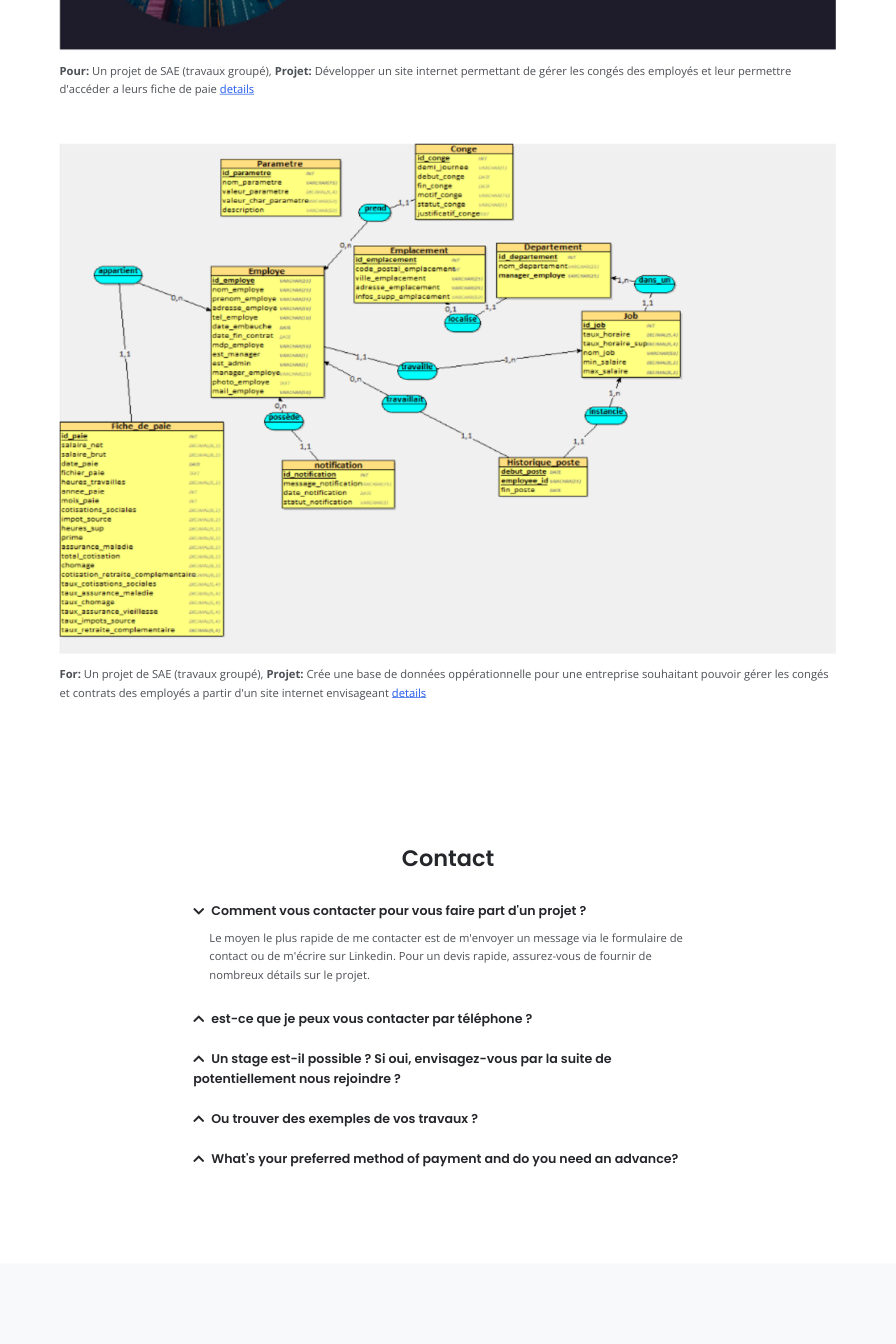
Repository: J2S80000/Portfolio
Page: index.html
These files come from the project's save history. The page is drawn as it stood at one moment and after a run of saves; the edit follows.
The browser window is 1280 px wide. The pictures show the part of the page from y = 4580 to 6500 px (the page is 7557 px tall), at 70% of full size.

Above is the page before, as saved 2025-05-05 17:49:19.

After the next 3 saves:
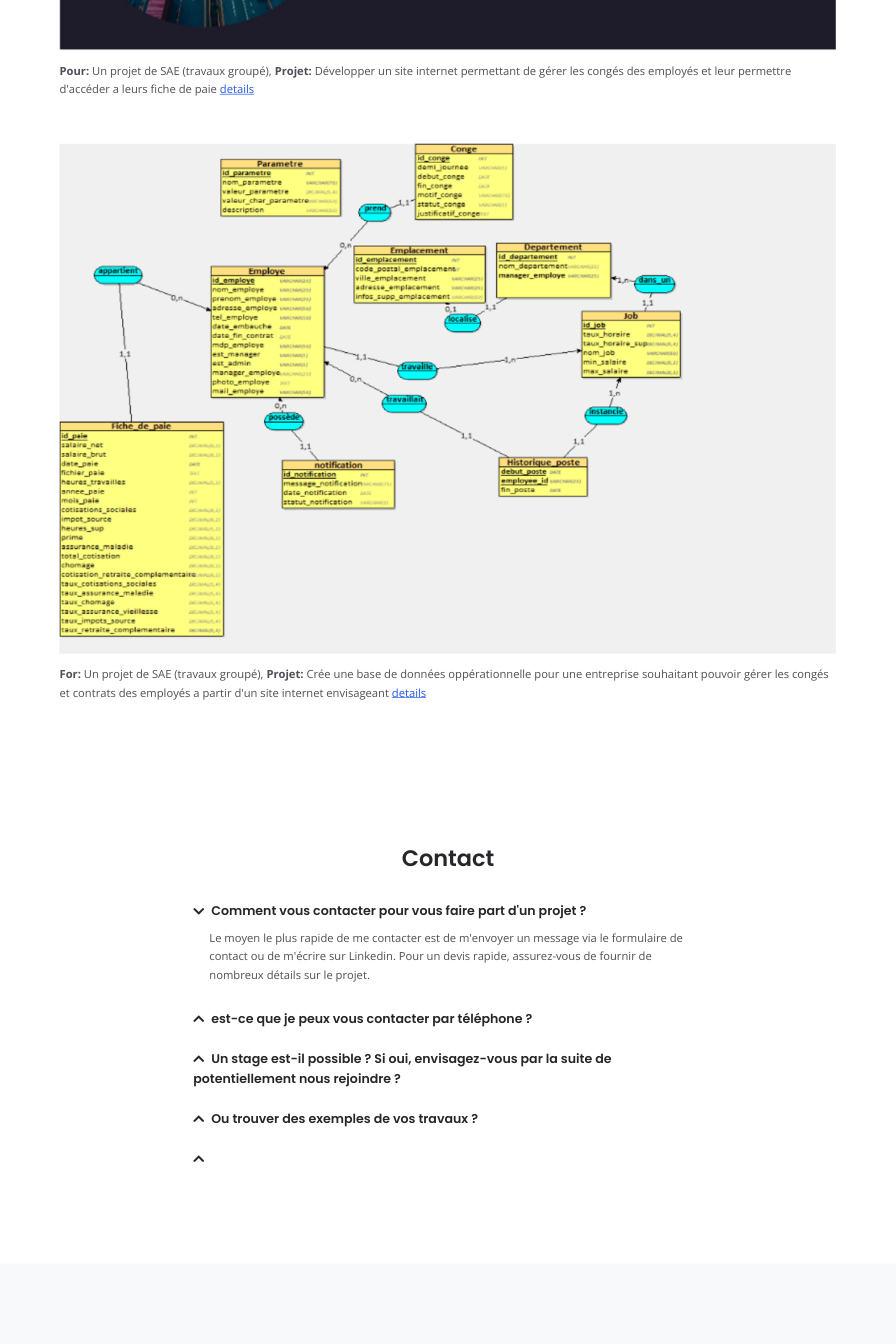
The 3 saves are shown as one change because they came seconds apart.
The last was saved 9 s later.
--- a/index.html
+++ b/index.html
@@ -329,7 +329,7 @@
                         <div class="card">
                             <div class="card-header" id="headingFive">
                                 <button class="btn btn-link btn-block text-left collapsed" type="button" data-toggle="collapse" data-target="#collapseFive" aria-expanded="false" aria-controls="collapseFive">
-                                    What's your preferred method of payment and do you need an advance?
+
                                 </button>
                             </div>
                             <div id="collapseFive" class="collapse" aria-labelledby="headingFive" data-parent="#accordionExample">
